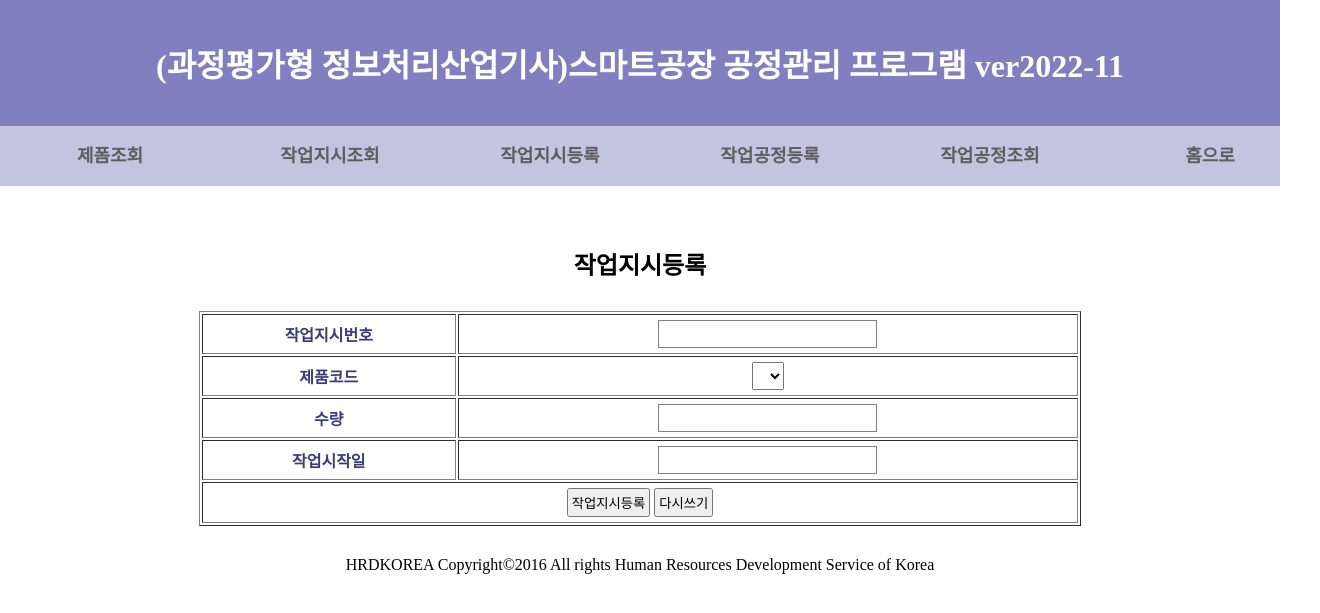
Repository: anakyn01/exam
Page: http://localhost/smart_5/sub2_1.jsp
The author's editor kept a copy of each file at every save. The page is drawn from the files as they stood at one save, then again after the next save.
The browser window is 1280 px wide. The page is 1320 px wide, so the pictures cover 1320 px, including what lies to the right of the window. The pictures show the whole page.
The page is served by Tomcat 9. Other server files are loaded and not shown.

Above is the page before, as saved 2025-01-06 07:35:45.

### smart_5/src/main/webapp/sub2_1.jsp
<%@ page language="java" contentType="text/html; charset=UTF-8"
    pageEncoding="UTF-8"%>
<jsp:include page="include/header.jsp"/>

<section>
<h2>작업지시등록</h2>
<table border=1>
<tr>
	<th>작업지시번호</th>
		<td>
		<input type="text" name="w_workno">
	</td>
</tr>
<tr>
	<th>제품코드</th>
	<td>
		<select name="">
		<option value=""></option>
		</select>
	</td>
</tr>
<tr>
	<th>수량</th>
		<td>
		<input type="text" name="w_quentity">
	</td>
</tr>
<tr>
	<th>작업시작일</th>
		<td>
		<input type="text" name="w_workdate">
	</td>
</tr>
	<tr>
<td colspan="2">
<input type="button" onclick="goSave()" value="작업지시등록">
<input type="button" onclick="FormReset()" value="다시쓰기">
</td>
	</tr>
</table>
</section>

<jsp:include page="include/footer.jsp"/>

### smart_5/src/main/webapp/include/header.jsp
<%@ page language="java" contentType="text/html; charset=UTF-8"
    pageEncoding="UTF-8"%>
<!DOCTYPE html>
<html>
<head>
<meta charset="UTF-8">
<title>스마트 공정관리 프로그램</title>
<link rel="stylesheet" href="css/style.css"/>
</head>
<body>
<header>
<h1>(과정평가형 정보처리산업기사)스마트공장 공정관리 프로그램 ver2022-11</h1>
</header>
<nav>
<ul>
<li><a href="sub1.jsp">제폼조회</a></li>
<li><a href="sub2.jsp">작업지시조회</a></li>
<li><a href="sub2_1.jsp">작업지시등록</a></li>
<li><a href="sub3.jsp">작업공정등록</a></li>
<li><a href="sub4.jsp">작업공정조회</a></li>
<li><a href="index.jsp">홈으로</a></li>
</ul>
</nav>

### smart_5/src/main/webapp/include/footer.jsp
<%@ page language="java" contentType="text/html; charset=UTF-8"
    pageEncoding="UTF-8"%>
<footer>
<p>HRDKOREA Copyright&copy;2016 All rights Human Resources Development Service of Korea</p>
</footer>
</body>
</html>

### smart_5/src/main/webapp/css/style.css
@charset "UTF-8";
*{margin:0; padding:0; box-sizing:border-box;}
a{text-decoration:none; color:#5e5e5e;}
header{background-color:#8080c0;}
header h1{padding:40px 0; text-align:center; color:white;}
nav{height:60px; background-color:#c4c4e1;}
nav ul{margin:0 auto; width:1320px; list-style:none; text-align:center;}
nav ul li{line-height:60px; float:left; font-size:18px; font-weight:600; width:200px;
margin:0 10px;
}
section{padding:30px 10px;}
section h2{text-align:center; margin:30px 0;}
section p{margin:10px 0;}
table{margin:0 auto; width:70%; text-align:center;}
th{color:#3c3c77;}
th,td{padding:5px 0;}
input[type="text"]{
height:28px; border:1px solid gray; padding:0 5px; font-size:16px;
}
input[type="button"]{padding:3px;}
select{height:28px; padding:0 5px; font-size:16px; }
footer{text-align:center;}

After the next save:
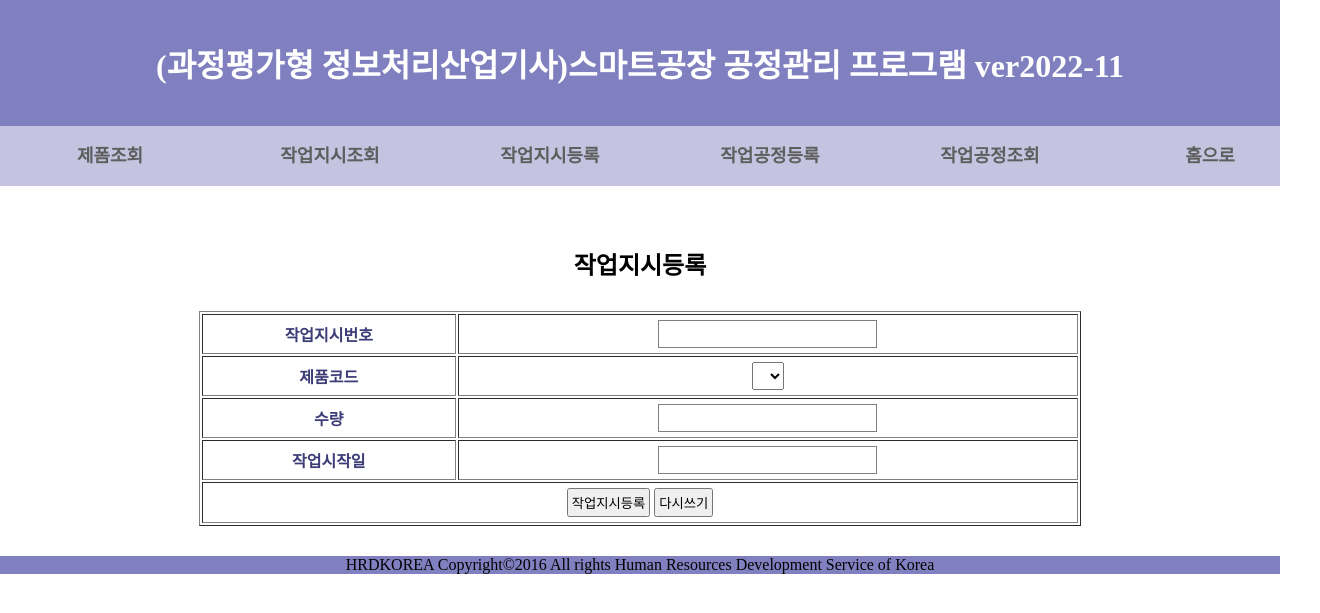
Saved 16 s later.
--- a/smart_5/src/main/webapp/css/style.css
+++ b/smart_5/src/main/webapp/css/style.css
@@ -19,4 +19,4 @@ height:28px; border:1px solid gray; padding:0 5px; font-size:16px;
 }
 input[type="button"]{padding:3px;}
 select{height:28px; padding:0 5px; font-size:16px; }
-footer{text-align:center;}
+footer{text-align:center; background-color:#8080c0;}
